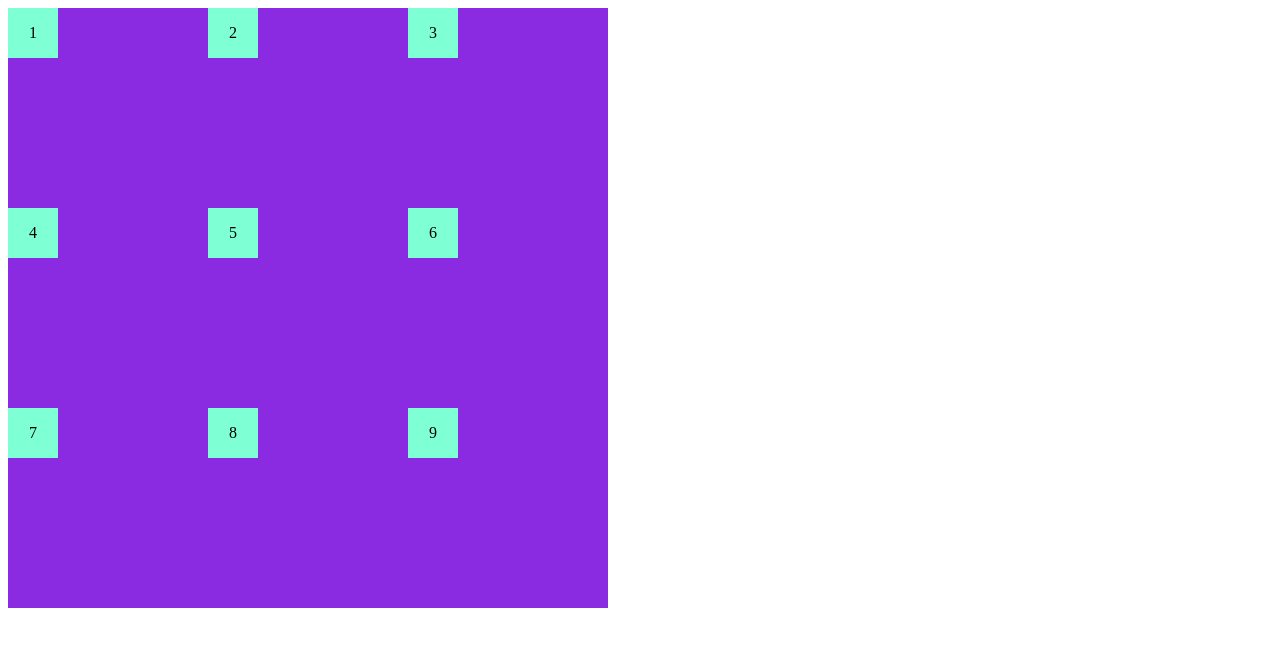
Repository: pwy114pwy/project_01
Page: 03.html
These files come from the project's save history. The page is drawn as it stood at one moment and after a run of saves; the edit follows.
The browser window is 1280 px wide. The pictures show the whole page.

Above is the page before, as saved 2022-12-23 14:37:14.

### 03.html
<!DOCTYPE html>
<html lang="en">

<head>
    <meta charset="UTF-8">
    <meta http-equiv="X-UA-Compatible" content="IE=edge">
    <meta name="viewport" content="width=device-width, initial-scale=1.0">
    <title>Document</title>
    <style>
        .main {
            background-color: blueviolet;
            width: 600px;
            height: 600px;
            display: grid;
            grid-template-columns: repeat(3, 200px);
            grid-template-rows: repeat(3, 200px);
            /* justify-items:center;
            align-items: center; */
            /* place-items: center center; */
            justify-content: center;
            grid-template-areas: 'a,b,c'
                                'd,e,f'
                                'g,h,i';
        }

        .main div {
            width: 50px;
            height: 50px;
            line-height: 50px;
            text-align: center;
            background-color: aquamarine;
        }
    </style>
</head>

<body>
    <div class="main">
        <div class="box1">1</div>
        <div class="box2">2</div>
        <div class="box3">3</div>
        <div class="box4">4</div>
        <div class="box5">5</div>
        <div class="box6">6</div>
        <div class="box7">7</div>
        <div class="box8">8</div>
        <div class="box9">9</div>
    </div>

</body>

</html>

After the next 3 saves:
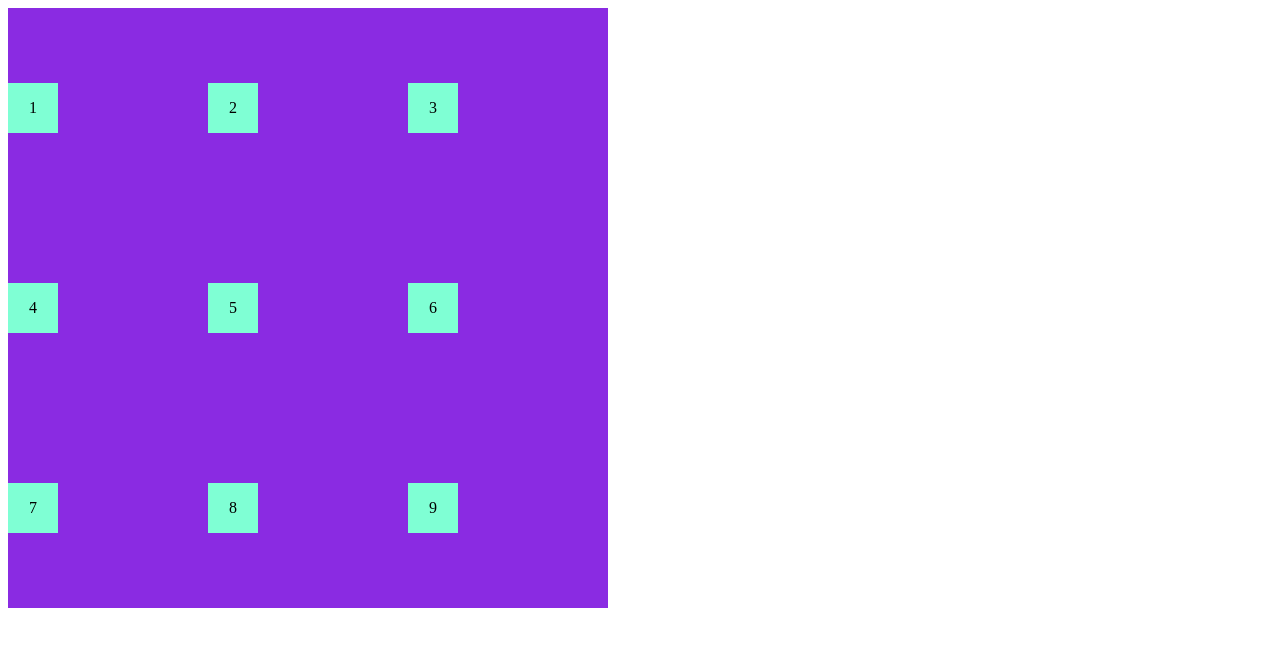
The 3 saves are shown as one change because they came seconds apart.
The last was saved 119 s later.
--- a/03.html
+++ b/03.html
@@ -18,9 +18,7 @@
             align-items: center; */
             /* place-items: center center; */
             justify-content: center;
-            grid-template-areas: 'a,b,c'
-                                'd,e,f'
-                                'g,h,i';
+            align-items: center;
         }
 
         .main div {
